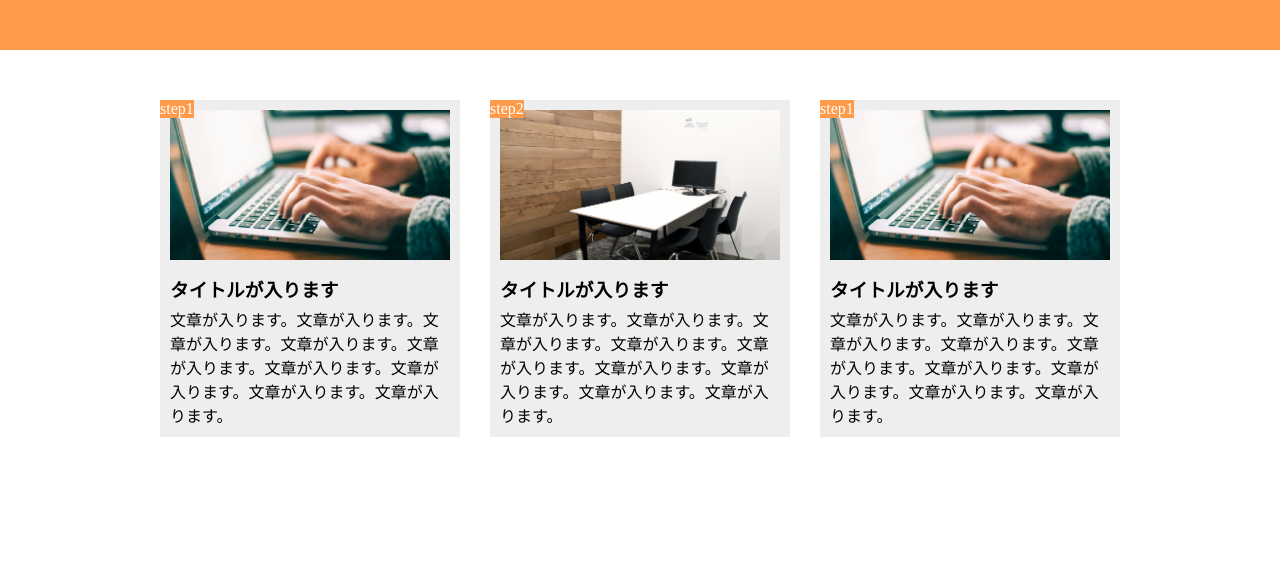
Repository: YabuYoshi/Bookers1
Page: ch9-ex/ch9-ex.html
The author's editor kept a record of every edit. The page is drawn from the files as they stood at one moment, then again after the next edit.
The browser window is 1280 px wide. The pictures show the whole page.

Above is the page before.

After the next edit:
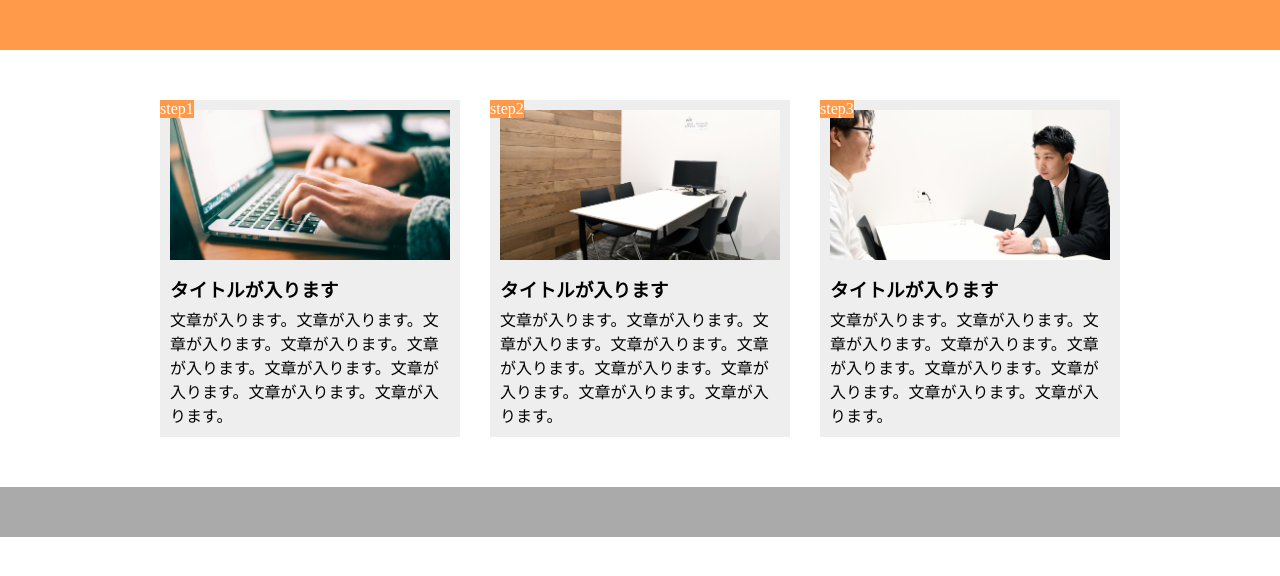
The edit:
--- a/ch9-ex/ch9-ex.html
+++ b/ch9-ex/ch9-ex.html
@@ -30,12 +30,15 @@
     </div>
 
     <div class="step-box">
-      <div class="step-img1"></div>
-      <span class="step-num">step1</span>
+      <div class="step-img3"></div>
+      <span class="step-num">step3</span>
       <h3 class="title">タイトルが入ります</h3>
       <p class="text">
         文章が入ります。文章が入ります。文章が入ります。文章が入ります。文章が入ります。文章が入ります。文章が入ります。文章が入ります。文章が入ります。
       </p>
     </div>
   </main>
+
+  <footer></footer>
 </body>
+</html>
